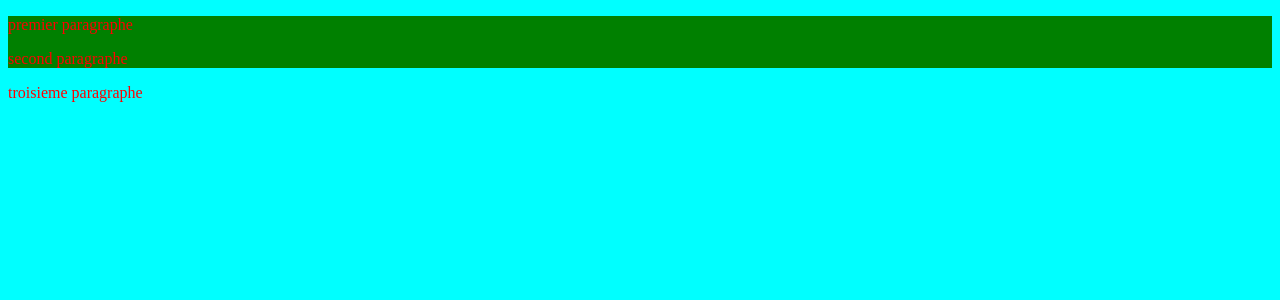
Repository: Poulpyto/fitec
Page: workspaceHtmlFlo/PremierTp_htmlCss/WebContent/divEtSpan.html
The author's editor kept a copy of each file at every save. The page is drawn from the files as they stood at one save, then again after the next save.
The browser window is 1280 px wide. The pictures show the whole page.

Above is the page before, as saved 2017-04-03 14:40:08.

### workspaceHtmlFlo/PremierTp_htmlCss/WebContent/divEtSpan.html
<!DOCTYPE html>
<html>
	<head>
	<meta charset="UTF-8">
		<link rel="stylesheet" href="css/style3.css" />
		<title>div et span</title>
	</head>
	<body>
	<div class="madiv">
		<p> premier paragraphe </p>
		<p>	second paragraphe </p>
	</div>
		<p> troisieme paragraphe </p>

	</body>
</html>

### workspaceHtmlFlo/PremierTp_htmlCss/WebContent/css/style3.css
@CHARSET "UTF-8";

body {
	background-color: #00ffff;
	color : red;
}

.madiv{
	background-color: green;
}

After the next save:
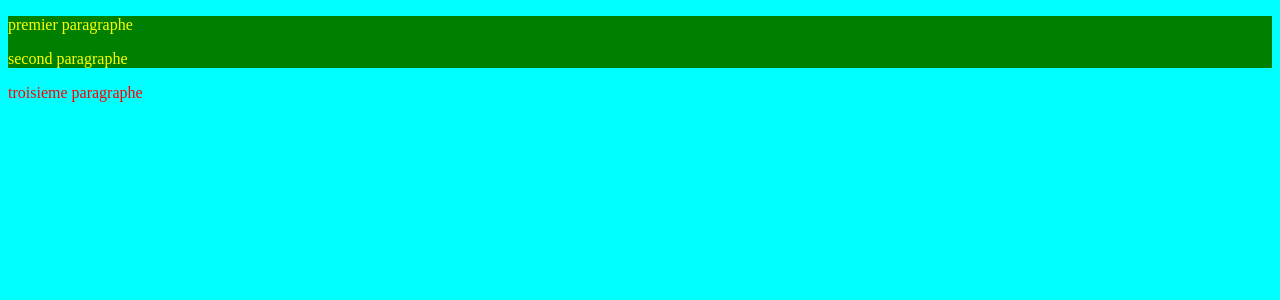
Saved 103 s later.
--- a/workspaceHtmlFlo/PremierTp_htmlCss/WebContent/css/style3.css
+++ b/workspaceHtmlFlo/PremierTp_htmlCss/WebContent/css/style3.css
@@ -7,4 +7,5 @@ body {
 
 .madiv{
 	background-color: green;
+	color: yellow;
 }
